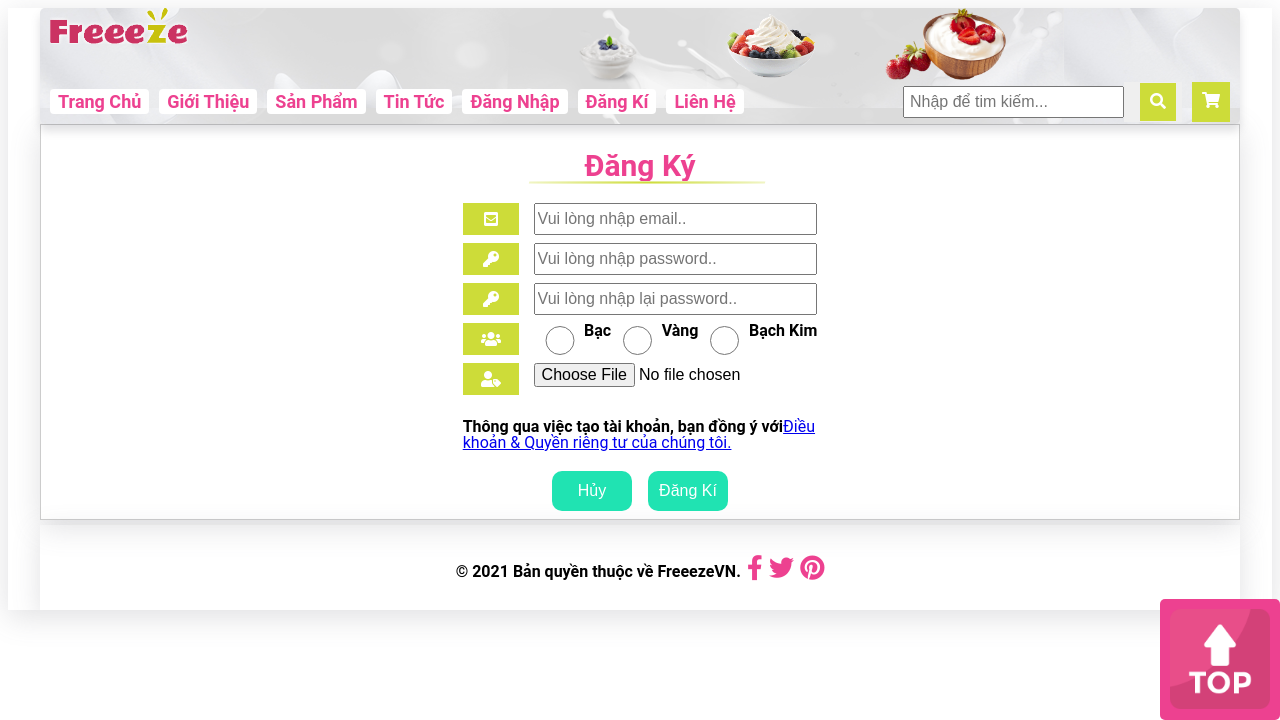
Repository: minh352623/lab1
Page: dangky.html
An editor plug-in stored every save of this project. The page is shown before and after the next save, followed by the edit.
The browser window is 1280 px wide. The pictures show the whole page.

Above is the page before, as saved 2022-03-13 20:34:10.

### dangky.html
<!DOCTYPE html>
<html lang="en">
  <head>
    <meta charset="UTF-8" />
    <meta http-equiv="X-UA-Compatible" content="IE=edge" />
    <meta name="viewport" content="width=device-width, initial-scale=1.0" />
    <link rel="shortcut icon" href="./images/favicon.ico" type="image/x-icon" />
    <!-- <link rel="stylesheet" href="./assets/font/fontawesome-free-5.15.4-web/css/all.min.css"> -->
    <link
      rel="stylesheet"
      href="https://cdnjs.cloudflare.com/ajax/libs/font-awesome/5.15.4/css/all.min.css"
      integrity="sha512-1ycn6IcaQQ40/MKBW2W4Rhis/DbILU74C1vSrLJxCq57o941Ym01SwNsOMqvEBFlcgUa6xLiPY/NS5R+E6ztJQ=="
      crossorigin="anonymous"
      referrerpolicy="no-referrer"
    />
    <link rel="stylesheet" href="./assets/base.css" />
    <link rel="stylesheet" href="./assets/grid.css" />
    <link rel="stylesheet" href="./assets/main.css" />
    <link rel="stylesheet" href="./assets/dangky.css" />
    <link rel="stylesheet" href="./assets/responsive.css" />
    <link rel="shortcut icon" href="./assets/images/favicon.ico" />
    <title>Đăng Kí</title>
  </head>

  <body>
    <div class="app">
      <!-- header -->
      <div class="header">
        <div class="grid wide">
          <div class="header__backrgoud">
            <a href="index.html" class="header__logo">
              <img src="./assets/images/logo.png" alt="" />
            </a>
            <div class="header__three-img">
              <a href="#" class="header__img img1">
                <img src="./assets/images/header-img1.png" alt="" />
              </a>
              <a href="#" class="header__img img2">
                <img src="./assets/images/header-img2.png" alt="" />
              </a>
              <a href="#" class="header__img img3">
                <img src="./assets/images/header-img3.png" alt="" />
              </a>
            </div>

            <div class="header-navbar">
              <div class="header-navbar__left">
                <ul
                  style="display: flex; list-style: none; padding: 0"
                  class="header__list"
                >
                  <li class="header__item">
                    <a href="./index.html" class="header__item-link"
                      >Trang Chủ</a
                    >
                  </li>
                  <li class="header__item">
                    <a href="./gioithieu.html" class="header__item-link"
                      >Giới Thiệu
                    </a>
                  </li>
                  <li class="header__item">
                    <a href="./sanpham.html" class="header__item-link"
                      >Sản Phẩm</a
                    >
                  </li>
                  <li class="header__item">
                    <a href="./tintuc.html" class="header__item-link"
                      >Tin Tức</a
                    >
                  </li>
                  <li class="header__item">
                    <a href="./dangnhap.html" class="header__item-link"
                      >Đăng Nhập</a
                    >
                  </li>
                  <li class="header__item">
                    <a href="./dangky.html" class="header__item-link"
                      >Đăng Kí</a
                    >
                  </li>
                  <li class="header__item">
                    <a href="./lienhe.html" class="header__item-link"
                      >Liên Hệ</a
                    >
                  </li>
                </ul>
              </div>

              <form
                action="timkiem.html"
                class="header-navbar__right form-search"
              >
                <div class="header-input">
                  <input
                    type="text"
                    class="input-search"
                    submit
                    placeholder="Nhập để tim kiếm..."
                  />
                </div>
                <div class="header-icon">
                  <button type="submit">
                    <a href="#" class="header-icon__search">
                      <i class="fas fa-search"></i>
                    </a>
                  </button>
                  <a class="header-icon__cart">
                    <i class="fas fa-shopping-cart"></i>
                  </a>
                </div>
              </form>
            </div>
          </div>
        </div>
      </div>

      <!-- main -->
      <div class="main">
        <article class="grid wide">
            <div class="container">
              <h1 class="product__title product__header-center">Đăng Ký</h1>
              <!-- <legend><b>ĐẮNG KÝ</b></legend> -->

              <form class="registration" action="#" mothod="post">
                <div class="email-input">

                    <label for="email">
                      <i class="icon-lh fas fa-envelope-square"></i>
                    </label>
                    <input

                      id="email"
                      type="text"
                      placeholder="Vui lòng nhập email.."

                    />
                </div>
                <div class="notication">
                    <span class="check-email">Không phải email</span>
                    <span class="check-email">Không phải email</span>

                </div>

                <div class="password-input">

                    <label for="mk">
                      <!-- <b>Mật Khẩu</b> -->
                      <i class="icon-lh fas fa-key"></i>
                    </label>
                    <input

                      id="password"
                      type="password"
                      placeholder="Vui lòng nhập password.."
                    />

                </div>
                <span class="check-password">password phải lớn hơn 8 kí tự</span>

                    <div class="password-repeat">

                        <label for="nhaplai">
                          <!-- <b>Nhập Lại Mật Khẩu</b> -->
                          <i class="icon-lh fas fa-key"></i>
                        </label>
                        <input

                          id="password-repeat"
                          type="password"
                          placeholder="Vui lòng nhập lại password.."
                        />
                    </div>
                    <div class="rank-input">

                        <label for="capdo">
                          <!-- <b>Cấp độ thành viên</b> -->
                          <i class="icon-lh fas fa-users"></i>
                        </label>
                        <input  id="capdo" type="radio" name="radio" 1 />
                        <span>
                          <b>Bạc</b>
                        </span>
                        <input  id="capdo" type="radio" name="radio" />
                        <span>
                          <b>Vàng</b>
                        </span>
                        <input  id="capdo" type="radio" name="radio" />
                        <span>
                          <b>Bạch Kim</b>
                        </span>
                    </div>
                    <div class="avatar-input">

                        <label for="anh">
                          <!-- <b>Ảnh Đại Diện</b> -->
                          <i class="icon-lh fas fa-user-tag"></i>
                        </label>
                        <input  id="anh" type="file" />
                    </div>

                    <div class="info-input">

                        <p>
                          <b>Thông qua việc tạo tài khoản, bạn đồng ý với</b
                          ><a href="#"
                            >Điều khoản & Quyền riêng tư của chúng tôi.</a
                          >
                        </p>
                    </div>
                    <div class="submit-input">

                        <input type="reset" value="Hủy" >
                        <input  type="submit" value="Đăng Kí" >
                    </div>


              </form>
            </div>
        </article>
      </div>

      <!-- footer -->
      <div class="footer">
        <div class="grid wide">
          <div class="license">
            <span><b>© 2021 Bản quyền thuộc về FreeezeVN.</b></span>
            <a href="">
              <i class="fab fa-facebook-f"></i>
            </a>
            <a href="">
              <i class="fab fa-twitter"></i>
            </a>
            <a href="">
              <i class="fab fa-pinterest"></i>
            </a>
          </div>
          <a href="#" class="scoll">
            <img src="./assets/images/top.png" alt="" />
          </a>
        </div>
      </div>
    </div>
    <script src="./js/app.js"></script>
    <script src="./js/dangki.js"></script>
  </body>
</html>

### assets/base.css
:root {
    --white-color:#fff;
    --black-color:#000;
    --text-color:#333;
    --text-color-header:#ed4190;
    --header-height:40px;
    --header-height-main:50px;
}

*{
    box-sizing: inherit;
}
.app {
    overflow: hidden;
}
html {
    font-size: 62.5%;
    line-height: 1.6rem;
    font-family: 'Roboto', sans-serif;
    box-sizing: border-box;


}

.btn {
    min-width: 124px;
    height: 34px;
    text-decoration: none;
    border: none;
    font-size: 1.5rem;
    cursor: pointer;
    color: var(--text-color);

    display: flex;
    justify-content: center;
    align-items: center;
    padding: 0 12px;
    background-color: var(--white-color);
    line-height: 1.6rem;
    outline: none;
}
.btn--size-s {
    height: 32px;
    font-size: 1.2rem;
}
.btn.btn--nomal-hover:hover {
    background-color: rgba(0, 0, 0,0.2);
}

.btn.btn--primary {
    background-color: var(--primary-color);
    color: var(--white-color);
}

.btn.btn--disabled {
    cursor: default;
    background-color: #c3c3c3;
    color: #949494;
}

### assets/main.css

html{
    scroll-behavior: smooth;
}
.app{
    position: relative;
    box-shadow: rgba(100, 100, 111, 0.2) 0px 7px 29px 0px;
    margin-bottom: 10px;
}
button{
    border: none;
}
.header.is-fixed {
    position: fixed;
    top: 0;
    left: 0;
    width: 100%;
    z-index: 100;
    animation: fade 0.25s forwards 1;
  }
.header__backrgoud {
    background-image: url('./images/header.png');
    border-radius: 5px;
    padding: 0 10px;
    /* height:10rem; */
    overflow: hidden;
    display: block;
    position: relative;
    box-shadow: rgba(100, 100, 111, 0.2) 0px 7px 10px 0px;
}

.header__logo {
    display: inline-block;
}

.header__three-img {
    position: absolute;
    top: 0;
    left: 20%;
    width: 80%;



}

.header__img {
    display: inline-block;



}

.img1 {
    position: absolute;
    animation: img1 ease 1s;
    left: 30%;
    top: 2%;

}

.img2 {
    position: absolute;
    animation: img2 ease 1s;
    left: 45%;
    top: 2%;

}

.img3 {
    position: absolute;
    animation: img3 ease 1s;
    left: 63%;
    top: 2%;

}

@keyframes img1 {
    0% {
        left: 100%;
    }

    100% {
        left: 20%
    }
}

@keyframes img2 {
    0% {
        left: 100%;
    }

    100% {
        left: 40%
    }
}

@keyframes img3 {
    0% {
        left: 100%;
    }

    100% {
        left: 60%
    }
}

.header__img img {
    height: 80px;
}


.header-navbar {

    display: flex;
    justify-content: space-between;
    margin-top: 30px;
}

.header-navbar__left {
    display: flex;
    align-items: center;

}

.header__list {
    padding: 0;
    list-style: none;
    display: flex;

}

.header__item+.header__item {
    margin-left: 10px;
}

.header__item {

    background-color: var(--white-color);
    border-radius: 4px;
}
.header__item:hover a{
    color: var(--white-color);
    background-color: var(--text-color-header);
    border-radius: 4px;

}

.header__item-link {
    width: 100%;
    padding: 0 8px;
    line-height: 1.4;
    font-size: 1.8rem;
    font-weight: 600;
    display: block;
    text-decoration: none;
    color: var(--text-color-header)
}

.header-navbar__right {
    display: flex;


    align-items: center;

}

.header-input input {
    font-size: 1.6rem;
    padding: 5px 5px;

}

.header-icon {
    display: flex;
}

.header-icon__cart,
.header-icon__search {
    display: block;
    font-size: 1.6rem;
    margin-left: 10px;
    padding: 10px;
    background-color: #cddc39;
    text-decoration: none;
    cursor: pointer;
}

.header-icon__cart i,
.header-icon__search i {
    align-items: center;
    text-align: center;
    color: var(--white-color)
}

/* main */
.container {
    box-shadow: rgba(100, 100, 111, 0.2) 0px 7px 29px 0px;
    border:1px solid #ccc;
    padding:8px;
}

.bg-home {
    /* width:100%; */
}

.bg-home img {
    width: 100%;
    object-fit: contain;
}

.product {
    padding-top:50px
}

.product__header-center {

    color: var(--text-color-header);
    font-size: 3rem;
    position: relative;

    text-align: center;
    display: flex;
    justify-content: center;

}

.product__header-center::after {
    content: '';
    position: absolute;
    background: radial-gradient(#cddc39, #fff);
    box-sizing: border-box;
    transform: skew(-12deg) translate(3%);
    height: 3px;
    width: 20%;
    bottom: -10px;
}

.product__title {
    font-size: 2rem;
    color: var(--text-color-header)
}

.product__img {

}
.product__img img{
    width: 100%;
    object-fit: contain;
}
.product__info p{
    line-height:1.5;
    width: 100%;
    margin-top: 0;
    font-size:1.8rem;
    color: var(--black-color);
    font-weight: 600;
}
.flex{
    display: flex;
    flex-direction: row-reverse
}
.product__header-center3{
    color: var(--text-color-header);
    font-size: 3rem;




}
.tutorial h2{
    color: var(--text-color-header);
    font-size:1.8rem;
}

.tutorial{
    font-size:1.6rem;
    line-height: 1.4;
    font-weight: 600;
}

.contact{
    border:1px solid var(--text-color-header);
    padding:10px 0;
    text-align:center;
}
.contact__img{
    object-fit: contain;
    width: 40%;
}
.contact span {
    display: block;
    font-size:1.8rem;
    font-weight: 600;
    padding-top: 10px;
}

/* footer */

.license{
    font-size:2.5rem;
    font-weight: 600;
    display: block;
    padding: 30px 50px;
    margin-top: 5px;
    text-align:center;
    box-shadow: rgba(100, 100, 111, 0.2) 0px 7px 29px 0px;
}
.license a{
    text-decoration:none;
    color: var(--text-color-header)
}

.scoll{
    font-size:2rem;
    position:fixed;
    background:var(--text-color-header);
    display:block;
    text-decoration: none;
    padding:10px;
    bottom:0;
    right: 0;
    border-radius:5px;
}
.scoll img{
    width: 100%;
    object-fit: contain;
    width:100px;
    height: 100px;
}
.price{
    font-size:2rem;
    margin:16px 0;

}
span{
    font-size: 2rem;
}

### assets/dangky.css

.registration{
    display: flex;
    flex-direction: column;
    justify-content:center;
    align-items:center;
}
.email-input,
.password-input,
.password-repeat,
.rank-input,
.avatar-input,
.info-input{
    width:30%;
    display: flex;
    justify-content:space-between;
    margin:4px 0;
}
.email-input label,
.password-input label,
.password-repeat label,
.rank-input label,
.avatar-input label,
.info-input label{
    width:20%;
    flex: center;
}
.email-input input,
.password-input input,
.password-repeat input,
.rank-input input,
.avatar-input input,
.info-input input{
    width:80%;
    flex: 1;
}
.product__title {
    text-align: center;
    font-size:3rem;

}
.icon-lh{
    font-size:1.6rem;
    padding:8px;
    background-color:#cddc39;
    color: var(--white-color);
    width:80%;
    text-align:center;
}
span,
input{
    font-size:1.6rem;
}
p{
    font-size:1.6rem;
}
.submit-input{
    display: flex;
}
.submit-input input {
    flex: start;
    display: block;
    width:80px;
    height:40px;
    margin:0 8px;
    color: #fff;
    background-color: #20E3B2;
    border:none;
    outline: none;
    cursor: pointer;
    border-radius: 10px;
}

.check-email,
.check-password{
    color: #FF6651;
    flex: start;
    text-align:end;
    margin-left:40px;
    display:none;
    transition: all 0.25s linear;
}

.check-email.active,
.check-password.active{
    display: block;
}

### assets/responsive.css
/* mobile and table  */

@media (max-width:1023px){




}


/* table  */

@media (min-width:740px) and (max-width:1023px ){







}


/* mobile */
@media (max-width:739px){




}

Loaded but not shown: js/app.js (56 lines, source omitted); js/dangki.js (22 lines, source omitted); assets/grid.css (644 lines, source omitted)

After the next save:
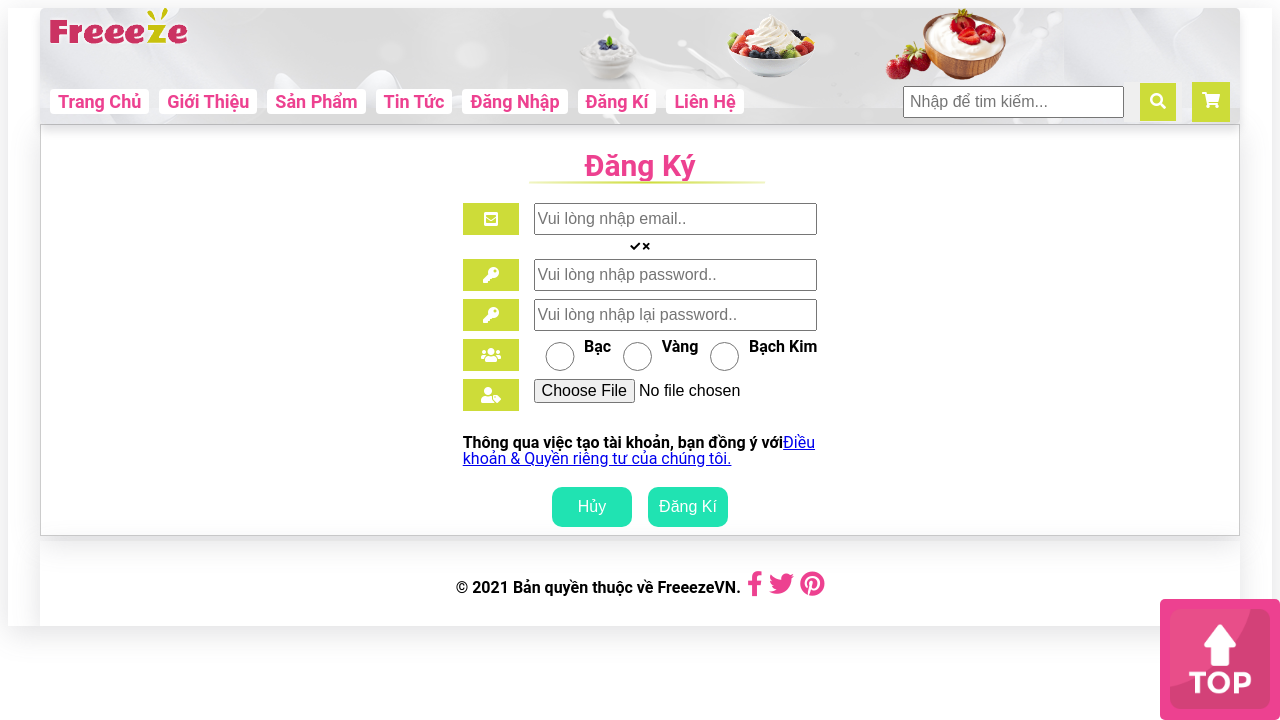
Saved 3 min 4 s later.
--- a/dangky.html
+++ b/dangky.html
@@ -136,11 +136,10 @@
 
                     />
                 </div>
-                <div class="notication">
-                    <span class="check-email">Không phải email</span>
-                    <span class="check-email">Không phải email</span>
-
-                </div>
+                <div class="input-icons">
+                    <i class="fa fa-check"></i>
+                    <i class="fa fa-times"></i>
+                  </div>
 
                 <div class="password-input">
 
